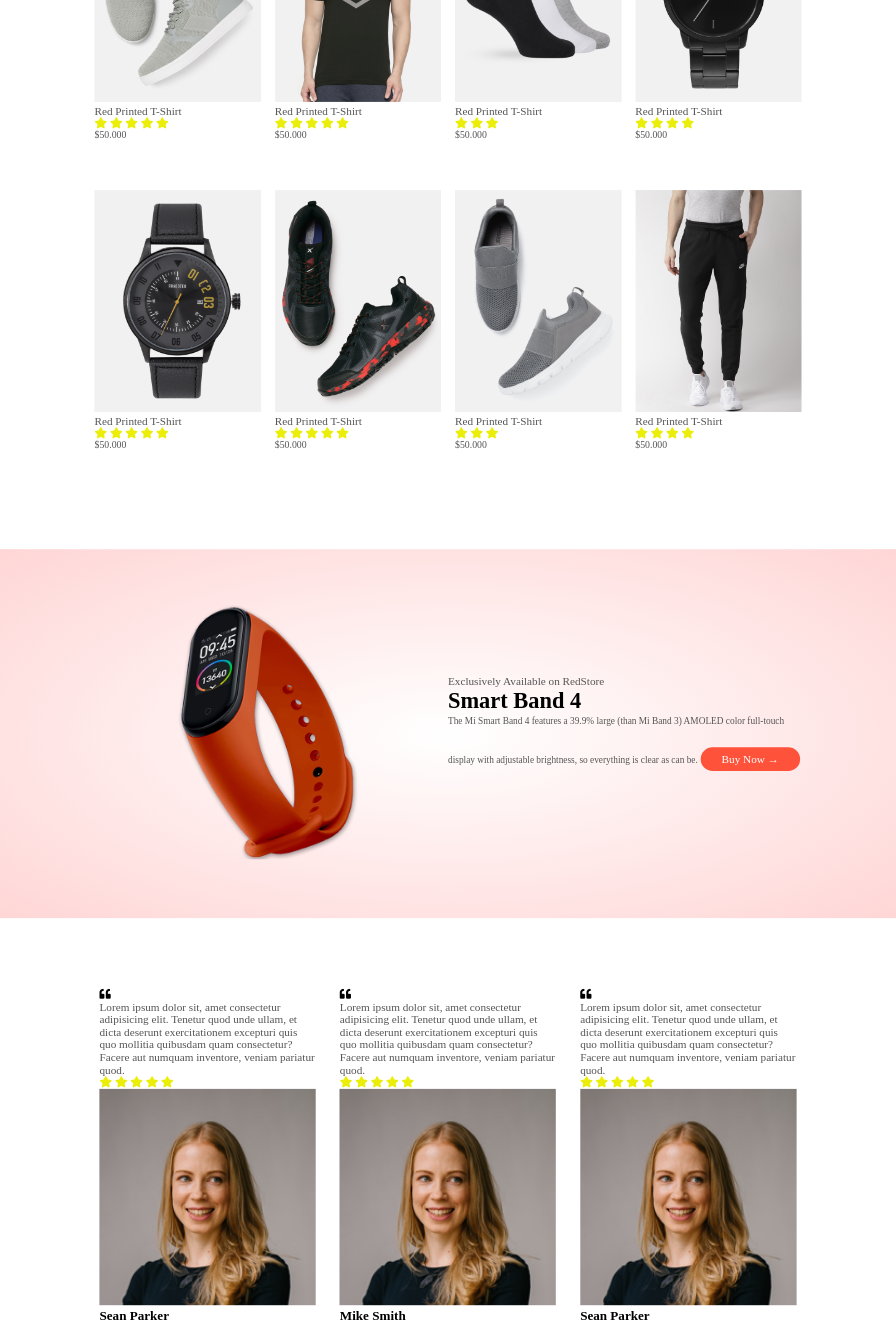
Repository: tuan21052000/Frontend
Page: index.html
An editor plug-in stored every save of this project. The page is shown before and after the next save, followed by the edit.
The browser window is 1280 px wide. The pictures show the part of the page from y = 2202 to 4122 px (the page is 4122 px tall), at 70% of full size.

Above is the page before, as saved 2022-05-08 20:48:10.

After the next save:
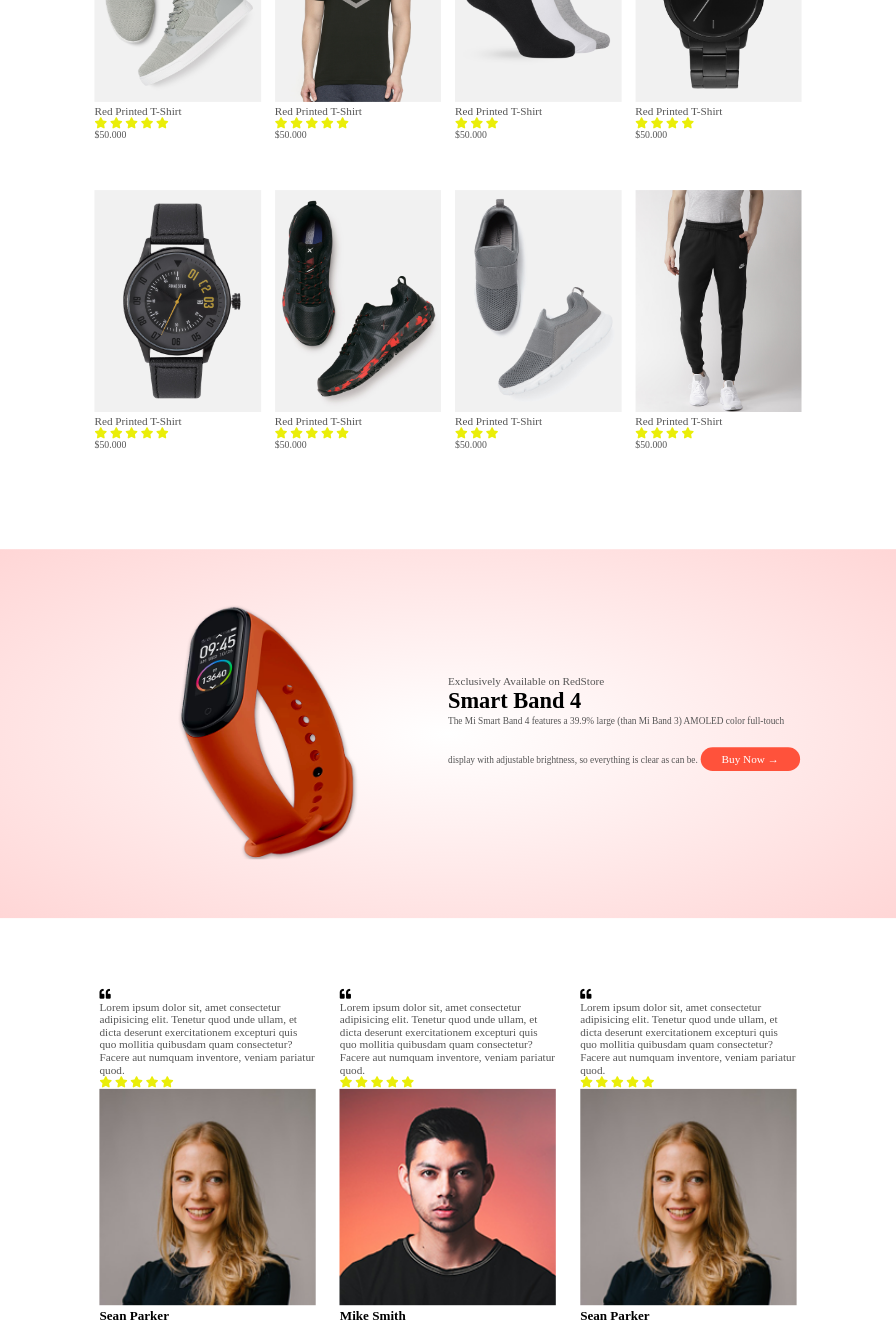
Saved 8 s later.
--- a/index.html
+++ b/index.html
@@ -265,7 +265,7 @@
                              <i class="fa fa-star"></i>
                              <i class="fa fa-star"></i>
                          </div>
-                         <img src="images/user-1.png">
+                         <img src="images/user-2.png">
                          <h3>Mike Smith</h3>
                 </div>
                 <div class="col-3">
